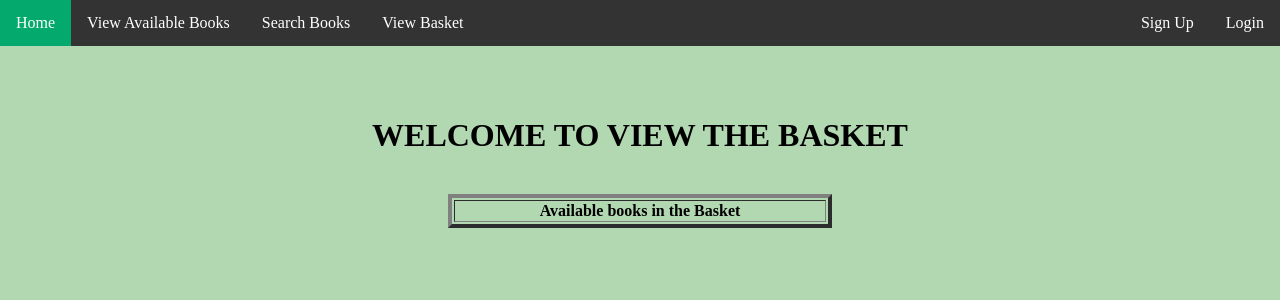
Repository: sach7691/original-book-store
Page: http://localhost/online-book-store-application/display_basket.jsp
An editor plug-in stored every save of this project. The page is shown before and after the next save, followed by the edit.
The browser window is 1280 px wide. The pictures show the whole page.
The page is served by Tomcat 9. The template is opened directly, without the code that normally fills it, so the values that code supplies are empty.

Above is the page before, as saved 2022-08-25 17:09:02.

After the next save:
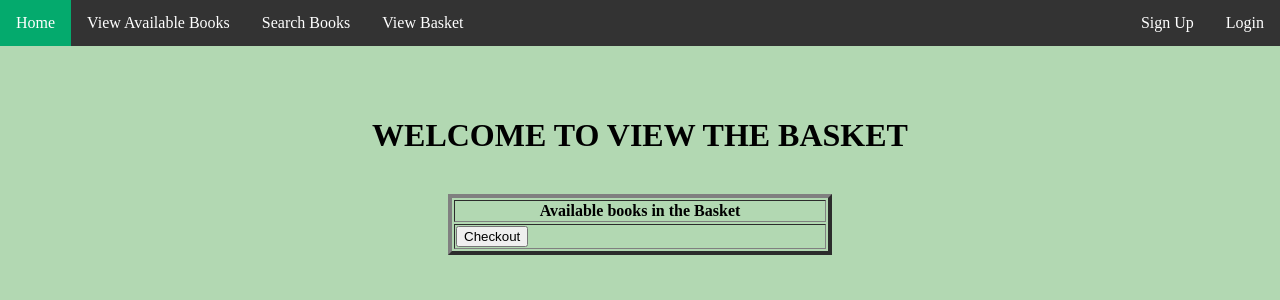
Saved 4 min 38 s later.
--- a/online-book-store-application/src/main/webapp/display_basket.jsp
+++ b/online-book-store-application/src/main/webapp/display_basket.jsp
@@ -92,6 +92,11 @@ List<Basket> b = (List<Basket>)session.getAttribute("bList");
        </td>
  </tr>
 </c:forEach>
+       <td>
+       <form action="login.jsp" method="GET">
+       <input type="submit" value="Checkout"/>
+       </form>
+      </td>
 </table>
 <br>
 </center>
